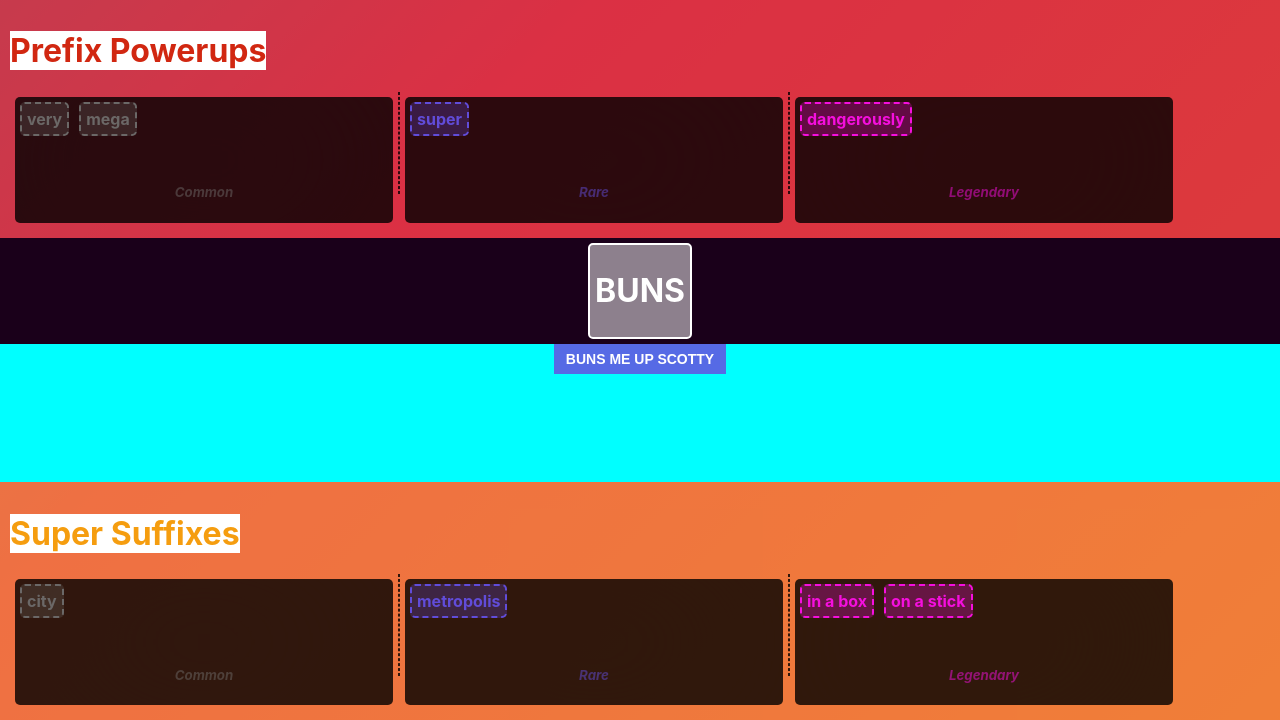
Repository: bsalgado98/buns-inator
Page: /
An editor plug-in stored every save of this project. The page is shown before and after the next save, followed by the edit.
The browser window is 1280 px wide. The pictures show the whole page.
The project was rebuilt for these pictures with package versions that can differ from the ones it lists, and the page was loaded fresh each time.

Above is the page before, as saved 2022-04-28 20:13:18.

### src/index.js
import React from 'react';
import ReactDOM from 'react-dom/client';
import './index.css';
import App from './App';
import reportWebVitals from './reportWebVitals';
import { store } from './store'
import { Provider } from 'react-redux'

const root = ReactDOM.createRoot(document.getElementById('root'));
root.render(
  <React.StrictMode>
    <Provider store={store}>
        <App />
    </Provider>
  </React.StrictMode>
);

// If you want to start measuring performance in your app, pass a function
// to log results (for example: reportWebVitals(console.log))
// or send to an analytics endpoint. Learn more: https://bit.ly/CRA-vitals
reportWebVitals();

### src/index.css
body {
    margin: 0;
    padding: 0;
    font-family: -apple-system, BlinkMacSystemFont, 'Segoe UI', 'Roboto', 'Oxygen',
        'Ubuntu', 'Cantarell', 'Fira Sans', 'Droid Sans', 'Helvetica Neue',
        sans-serif;
    -webkit-font-smoothing: antialiased;
    -moz-osx-font-smoothing: grayscale;
    height: 100vh;
    background-attachment: fixed;
}

code {
    font-family: source-code-pro, Menlo, Monaco, Consolas, 'Courier New', monospace;
}

### src/App.js
import './App.css';
import WordBank from './components/WordBank/WordBank'
import WordBuilder from './components/WordBuilder/WordBuilder'
import BunsButton from './components/BunsButton/BunsButtons'
import { RARITY, PART_OF_SENTENCE, COLOR } from './utility/constants'

function App() {
    const wordList = {
        prefixPowerups: [
            {
                sectionTitle: RARITY.COMMON,
                words: ['very', 'mega'],
                color: COLOR.COMMON,
                partOfSentence: PART_OF_SENTENCE.PREFIX
            },
            {
                sectionTitle: RARITY.RARE,
                words: ['super'],
                color: COLOR.RARE,
                partOfSentence: PART_OF_SENTENCE.PREFIX
            },
            {
                sectionTitle: RARITY.LEGENDARY,
                words: ['dangerously'],
                color: COLOR.LEGENDARY,
                partOfSentence: PART_OF_SENTENCE.PREFIX
            }
        ],
        superSuffixes: [
            {
                sectionTitle: RARITY.COMMON,
                words: ['city'],
                color: COLOR.COMMON,
                partOfSentence: PART_OF_SENTENCE.SUFFIX
            },
            {
                sectionTitle: RARITY.RARE,
                words: ['metropolis'],
                color: COLOR.RARE,
                partOfSentence: PART_OF_SENTENCE.SUFFIX
            },
            {
                sectionTitle: RARITY.LEGENDARY,
                words: ['in a box', 'on a stick'],
                color: COLOR.LEGENDARY,
                partOfSentence: PART_OF_SENTENCE.SUFFIX
            }
        ]
    }

    return (
        <div className="App">
            <div className="word-bank">
                <WordBank bankTitle='Prefix Powerups' color={COLOR.PREFIX_POWERUPS} wordCollection={wordList.prefixPowerups} />
            </div>
            <div className="subject-card-container">
                <WordBuilder />
            </div>
            <div className="buns-button-container">
                <BunsButton />
            </div>
            <div className="word-bank">
                <WordBank bankTitle='Super Suffixes' color={COLOR.SUPER_SUFFIXES} wordCollection={wordList.superSuffixes} />
            </div>
        </div>
    );
}

export default App;

### src/store.js
import { configureStore } from "@reduxjs/toolkit"
import wordModifiersReducer from "./slices/wordModifiersSlice"

export const store = configureStore({
    reducer: {
        wordModifiers: wordModifiersReducer
    }
})

### src/App.css
.App {
    text-align: center;
    height: 100vh;
    display: flex;
    flex-direction: column;
    background: linear-gradient(-45deg, #ee7752, #e73c7e, #23a6d5, #23d5ab);
	background-size: 400% 400%;
	animation: gradient 15s ease infinite;
    background-attachment: fixed;
}

.word-bank {
}

.subject-card-container {
    flex-grow: 3;
    display: flex;
    align-items: center;
    justify-content: center;
    background: purple;
}

@keyframes gradient {
	0% {
		background-position: 0% 50%;
	}
	50% {
		background-position: 100% 50%;
	}
	100% {
		background-position: 0% 50%;
	}
}

.buns-button-container {
    background: cyan;
    height: 20%;
}

### src/components/WordBank/WordBank.js
import { Fragment } from "react"
import createWordSection from "../../utility/wordSection"

const WordBank = ({ bankTitle = "N/A", color = "#000000", wordCollection = [] }) => {
    const styles = {
        container: {
            style: {
                backgroundColor: `${color}88`,
                display: 'flex',
                flexDirection: 'column',
                padding: '10px'
            }
        },
        title: {
            style: {
                color: color,
                backgroundColor: 'white'
            },
            container: {
                style: {
                    display: 'flex',
                    width: '100%'
                }
            }
        },
        collectionArea: {
            style: {
                display: 'flex'
            },
            section: {
                style: {
                    display: 'flex',
                    flexDirection: 'column',
                    width: '30%',
                    backgroundColor: 'rgba(0, 0, 0, 0.8)',
                    backdropFilter: 'blur(100px)',
                    margin: '5px',
                    borderRadius: '5px'
                },
                wordArea: {
                    style: {
                        display: 'flex'
                    }
                },
                title: {
                    style(color) {
                        return {
                            opacity: '0.5',
                            fontStyle: 'italic',
                            color
                        }
                    }
                }
            }
        },
        divider: {
            style: {
                height: '100px',
                width: '0px',
                border: '1px dashed black',
                opacity: '0.8'
            }
        }
    }
    return (
        <div style={styles.container.style}>
            <div style={styles.title.container.style}>
                <h1 style={styles.title.style}>{bankTitle}</h1>
            </div>
            <div style={styles.collectionArea.style}>
                {wordCollection.map((section, i) => {
                    return (
                        <Fragment key={`word-bank-frag-${i}`}>
                            {i !== 0 ? <span style={styles.divider.style}></span> : null}
                            <div key={`section-${i}`} style={styles.collectionArea.section.style} className="section">
                                <div style={styles.collectionArea.section.wordArea.style}>
                                    {createWordSection(section.words, section.color, section.partOfSentence)}
                                </div>
                                <h5 style={styles.collectionArea.section.title.style(section.color)}>{section.sectionTitle}</h5>
                            </div>
                        </Fragment>
                    )
                })}
            </div>
        </div>
    )
}

export default WordBank

### src/components/WordBuilder/WordBuilder.js
import SubjectCard from "../SubjectCard/SubjectCard"
import { useSelector, useDispatch } from 'react-redux'
import WordCard from "../WordCard/WordCard"

const WordBuilder = () => {
    const styles = {
        container: {
            style: {
                display: 'flex',
                width: '100%',
                background: 'rgba(0, 0, 0, 0.8)',
                justifyContent: 'center',
                alignItems: 'center'
            }
        }
    }

    const dispatch = useDispatch()
    const prefixes = useSelector(state => state.wordModifiers.prefixes)
    const suffixes = useSelector(state => state.wordModifiers.suffixes)
    return (
        <div style={styles.container.style}>
            {
                prefixes?.map((wordInfo, i) => {
                    return (
                        <WordCard
                            key={`prefix-${i}`}
                            id={wordInfo.id}
                            text={wordInfo.text}
                            color={wordInfo.color}
                            partOfSentence={wordInfo.partOfSentence}
                            applied={true}
                        />
                    )
                })
            }

            <SubjectCard text="BUNS" />
            {
                suffixes.map((wordInfo, i) =>
                    <WordCard
                        key={`suffix-${i}`}
                        id={wordInfo.id}
                        text={wordInfo.text}
                        color={wordInfo.color}
                        partOfSentence={wordInfo.partOfSentence}
                        applied={true}
                    />)
            }
        </div>
    )
}

export default WordBuilder

### src/components/BunsButton/BunsButtons.js
import './BunsButton.css'

const BunsButton = () => {
    return (
        <button className="buns-button">
            BUNS ME UP SCOTTY
        </button>
    )
}

export default BunsButton

### src/utility/constants.js
export const RARITY = {
    COMMON: 'Common',
    RARE: 'Rare',
    LEGENDARY: 'Legendary'
}

export const PART_OF_SENTENCE = {
    PREFIX: 'prefix',
    SUFFIX: 'suffix'
}

export const COLOR = {
    COMMON: "#6b6867",
    RARE: "#614cd9",
    LEGENDARY: "#f50fde",
    PREFIX_POWERUPS: "#d12711",
    SUPER_SUFFIXES: "#f59d0f"
}

### src/slices/wordModifiersSlice.js
import { createSlice } from "@reduxjs/toolkit"

const initialState = {
    prefixes: [],
    suffixes: []
}

export const wordModifiersSlice = createSlice({
    name: 'word-modifiers',
    initialState,
    reducers: {
        addPrefix(state, action) {
            state.prefixes.push({...action.payload, id: `${action.payload.text}-${state.prefixes.length}`})
        },
        addSuffix(state, action) {
            state.suffixes.push({...action.payload, id: `${action.payload.text}-${state.suffixes.length}`})
        },
        removePrefix(state, action) {
            state.prefixes = state.prefixes.filter(prefix => prefix.id !== action.payload.id)
        },
        removeSuffix(state, action) {
            state.suffixes = state.suffixes.filter(suffix => suffix.id !== action.payload.id)
        }
    }
})

export const { addPrefix, addSuffix, removePrefix, removeSuffix } = wordModifiersSlice.actions

export default wordModifiersSlice.reducer

### src/utility/wordSection.js
import WordCard from "../components/WordCard/WordCard";

function createWordSection(words, wordColor, partOfSentence) {
    return words.map((word, i) => <WordCard key={`${partOfSentence}-${i}`} text={word} color={wordColor} partOfSentence={partOfSentence}/>)
}

export default createWordSection

### src/components/SubjectCard/SubjectCard.js
const SubjectCard = ({ text }) => {
    const styles = {
        container: {
            style: {
                background: 'rgba(255, 255, 255, 0.5)',
                display: 'flex',
                border: '2px solid white',
                margin: '5px',
                padding: '5px',
                borderRadius: '5px',
                height: '30%',
                alignItems: 'center'
            }
        },
        text: {
            style: {
                color: "white"
            }
        }
    }
    return (
        <div style={styles.container.style}>
            <h1 style={styles.text.style}>{text}</h1>
        </div>
    )
}

export default SubjectCard

### src/components/WordCard/WordCard.js
import { useDispatch } from "react-redux"
import { addPrefix, addSuffix, removePrefix, removeSuffix } from "../../slices/wordModifiersSlice"
import { PART_OF_SENTENCE } from "../../utility/constants"

const WordCard = ({ id, text = "N/A", color = "#000000", partOfSentence, applied=false }) => {
    const styles = {
        container: {
            style: {
                background: `${color}44`,
                display: 'flex',
                border: `2px dashed ${color}`,
                margin: '5px',
                padding: '5px',
                borderRadius: '5px',
                height: '30%',
                alignItems: 'center'
            }
        },
        text: {
            style: {
                color: color,
                fontSize: '16px'
            }
        }
    }
    const dispatch = useDispatch()

    const handleWordClick = () => {
        if (partOfSentence === PART_OF_SENTENCE.PREFIX) {
            if (applied) {
                dispatch(removePrefix({ text, color, partOfSentence, id }))
            }
            else {
                dispatch(addPrefix({ text, color, partOfSentence}))
            }
        }
        else {
            if (applied) {
                dispatch(removeSuffix({ text, color, partOfSentence, id }))
            }
            else {
                dispatch(addSuffix({ text, color, partOfSentence}))
            }
        }
    }
    return (
        <div style={styles.container.style} onClick={handleWordClick}>
            <h1 style={styles.text.style}>{text}</h1>
        </div>
    )
}

export default WordCard

### src/components/BunsButton/BunsButton.css
.buns-button {
    display: inline-block;
    outline: none;
    cursor: pointer;
    font-size: 14px;
    padding: 0 12px;
    line-height: 20px;
    height: 30px;
    max-height: 30px;
    background: #566AE5;
    font-weight: 700;
    border: 0;
    border-radius: 0;
    color: #FFFFFF;
    transition-timing-function: ease-in-out;
    transition-property: box-shadow filter;
    transition-duration: 50ms;
}

.buns-button:hover {
    filter: brightness(1.2);
    box-shadow: 0 2px 2px rgb(39 44 52 / 12%);
}

Loaded but not shown: public/index.html (common file); src/reportWebVitals.js (common file)

After the next save:
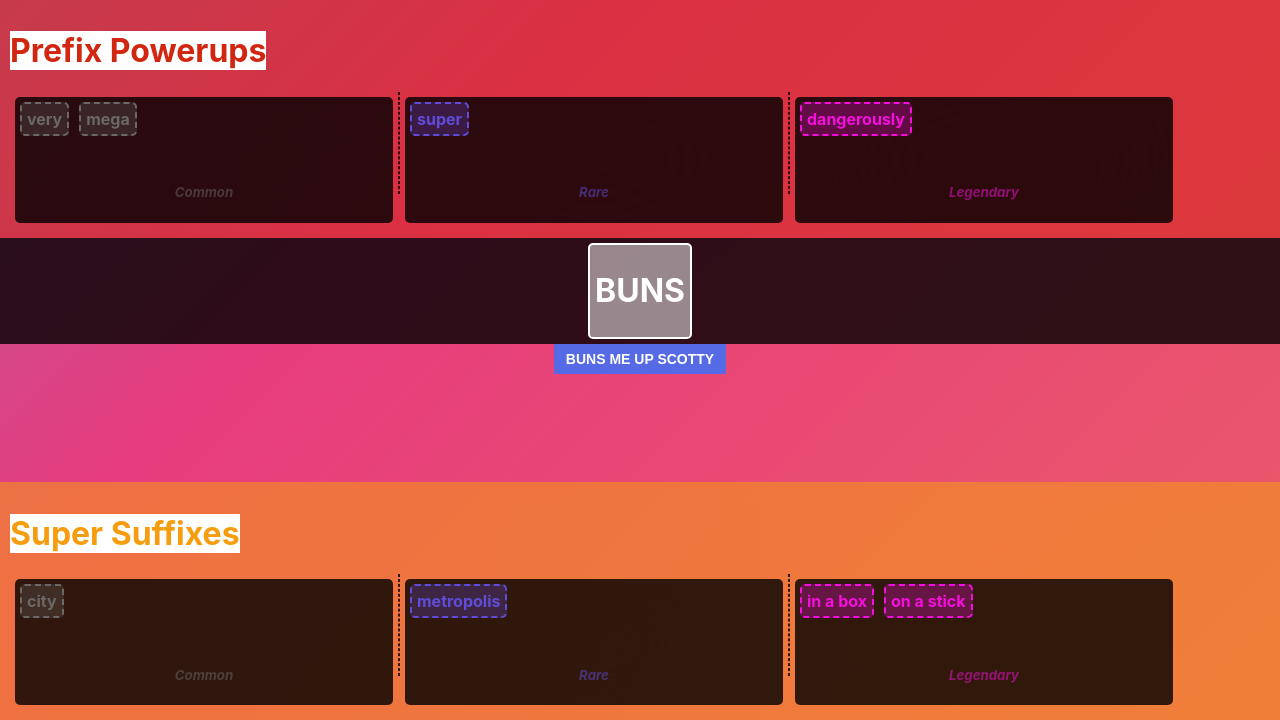
Saved 25 s later.
--- a/src/App.css
+++ b/src/App.css
@@ -17,7 +17,6 @@
     display: flex;
     align-items: center;
     justify-content: center;
-    background: purple;
 }
 
 @keyframes gradient {
@@ -33,6 +32,5 @@
 }
 
 .buns-button-container {
-    background: cyan;
     height: 20%;
 }
